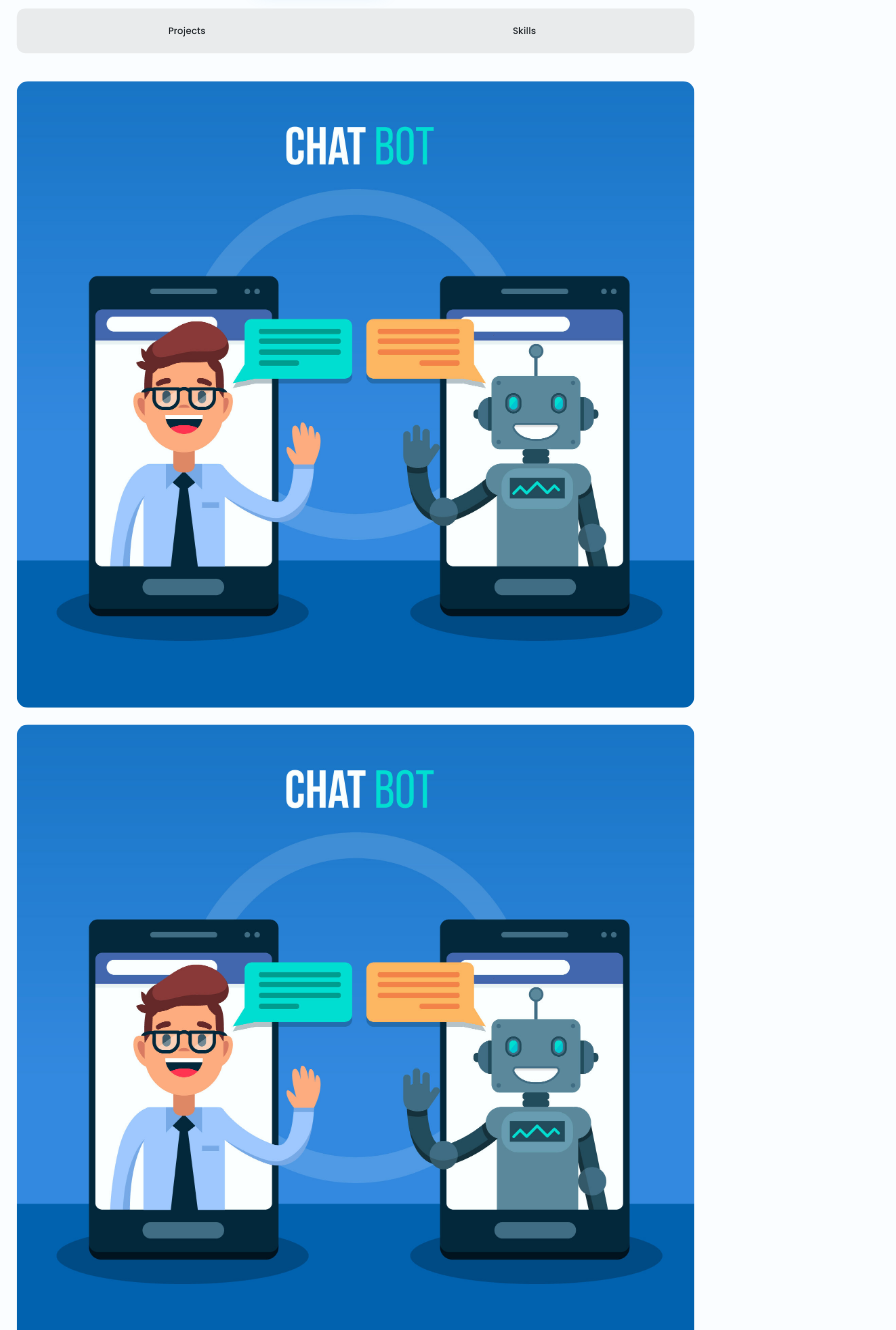
Repository: Kaii-Dev/Porfolio
Page: index.html
An editor plug-in stored every save of this project. The page is shown before and after a run of saves, followed by the edit.
The browser window is 1280 px wide. The pictures show the part of the page from y = 490 to 2390 px (the page is 4258 px tall), at 70% of full size.
A picture or video elsewhere on the page could not be fetched, so the positions and the page height are approximate. Some web libraries are served in a nearby version.

Above is the page before, as saved 2022-04-12 17:46:03.

### index.html
<!DOCTYPE html>
<html lang="en">
  <head>
    <meta charset="UTF-8" />
    <meta http-equiv="X-UA-Compatible" content="IE=edge" />
    <meta name="viewport" content="width=device-width, initial-scale=1.0" />
    <title>Portfolio</title>
    <link
      href="https://cdn.jsdelivr.net/npm/remixicon@2.2.0/fonts/remixicon.css"
      rel="stylesheet"
    />
    <link rel="stylesheet" href="./Assets/css/app.css" />
  </head>
  <body>
    <!-- HEADER PROFILE -->
    <header class="profile container">
      <div class="profile__container grid">
        <div class="profile__data">
          <div class="profile__border">
            <div class="profile__perfil">
              <img src="./Assets/img/perfil.jpeg" alt="" />
            </div>
          </div>

          <h2 class="profile__name">Khai Le</h2>
          <h3 class="profile__profession">Front-End Developer</h3>
          <ul class="profile__social">
            <a
              href="https://www.linkedin.com/in/le-khai-68b2921b0/"
              target="_blank"
              class="profile__social-link"
            >
              <i class="ri-linkedin-box-line"></i>
            </a>
            <a
              href="https://www.facebook.com/lkakaizy"
              target="_blank"
              class="profile__social-link"
            >
              <i class="ri-facebook-circle-line"></i>
            </a>
            <a
              href="https://github.com/Kaii-Dev"
              target="_blank"
              class="profile__social-link"
            >
              <i class="ri-github-line"></i>
            </a>
          </ul>
        </div>
        <div class="profile__info grid">
          <div class="profile__info group">
            <h3 class="profile__info-number">2</h3>
            <p class="profile__info-description">
              Language <br />
              certification
            </p>
          </div>
          <div class="profile__info group">
            <h3 class="profile__info-number">+10</h3>
            <p class="profile__info-description">
              Completed <br />
              projects
            </p>
          </div>
          <div class="profile__info group">
            <h3 class="profile__info-number">1</h3>
            <p class="profile__info-description">
              University's <br />
              scholarship
            </p>
          </div>
        </div>

        <div class="profile__buttons">
          <!-- insert cv -->
          <a download="" href="./Assets/pdf/" class="button">
            Download CV <i class="ri-download-line"></i>
          </a>

          <div class="profile__buttons-small">
            <!-- insert phone number -->
            <a
              href="tel: 0842454228"
              target="_blank"
              class="button button__small button__gray"
            >
              <i class="ri-phone-line"></i>
            </a>
            <a
              href="https://m.me/lkakaizy"
              target="_blank"
              class="button button__small button__gray"
            >
              <i class="ri-messenger-line"></i>
            </a>
          </div>
        </div>
      </div>
    </header>
    <!-- MAIN -->
    <main class="main">
      <section class="filters container">
        <!-- FILTERS TABS -->
        <ul class="filters__content">
          <button class="filters__button filter-tab-active" data-target="#projects">
            Projects
          </button>
          <button class="filters__button" data-target="#skills">Skills</button>
        </ul>
        <div class="filters__sections">
          <!-- PROJECTS -->
          <div
            class="projects__content grid filters__active"
            data-content
            id="projects"
          >
            <article class="projects__card">
              <img src="./Assets/img/pic1.jpeg" alt="" class="projects__img" />
              <div class="projects__modal">
                <div class="">
                  <span class="projects__subtitle">Web</span>
                  <h3 class="projects__title">Music Player</h3>
                  <a
                    href="https://kaii-dev.github.io/Music-player/"
                    class="projects__button button button__small"
                  >
                    <i class="ri-link"></i>
                  </a>
                </div>
              </div>
            </article>

            <article class="projects__card">
              <img src="./Assets/img/pic1.jpeg" alt="" class="projects__img" />
              <div class="projects__modal">
                <div class="">
                  <span class="projects__subtitle">Web</span>
                  <h3 class="projects__title">Covid ChatBot</h3>
                  <a
                    href="https://kaii-dev.github.io/Covid-ChatBot/"
                    class="projects__button button button__small"
                  >
                    <i class="ri-link"></i>
                  </a>
                </div>
              </div>
            </article>
            <article class="projects__card">
              <img src="./Assets/img/pic1.jpeg" alt="" class="projects__img" />
              <div class="projects__modal">
                <div class="">
                  <span class="projects__subtitle">Web</span>
                  <h3 class="projects__title">To do list</h3>
                  <a
                    href="https://kaii-dev.github.io/TO-DO-LIST/"
                    class="projects__button button button__small"
                  >
                    <i class="ri-link"></i>
                  </a>
                </div>
              </div>
            </article>

            <article class="projects__card">
              <img src="./Assets/img/pic1.jpeg" alt="" class="projects__img" />
              <div class="projects__modal">
                <div class="">
                  <span class="projects__subtitle">Web</span>
                  <h3 class="projects__title">Assets Management</h3>
                  <a href="" class="projects__button button button__small">
                    <i class="ri-link"></i>
                  </a>
                </div>
              </div>
            </article>
          </div>
          <!-- SKILLS -->
          <div class="skills__content grid" data-content id="skills">
            <div class="skills__area">
              <h3 class="skills__title">Frontend Developer</h3>

              <div class="skills__box">
                <div class="skills__group">
                  <div class="skills__data">
                    <i class="ri-checkbox-circle-line"></i>

                    <div>
                      <h3 class="skills__name">HTML</h3>
                      <span class="skills__level"></span>
                    </div>
                  </div>

                  <div class="skills__data">
                    <i class="ri-checkbox-circle-line"></i>

                    <div>
                      <h3 class="skills__name">CSS</h3>
                      <span class="skills__level"></span>
                    </div>
                  </div>

                  <div class="skills__data">
                    <i class="ri-checkbox-circle-line"></i>

                    <div>
                      <h3 class="skills__name">JavaScript</h3>
                      <span class="skills__level"></span>
                    </div>
                  </div>
                </div>

                <div class="skills__group">
                  <div class="skills__data">
                    <i class="ri-checkbox-circle-line"></i>

                    <div>
                      <h3 class="skills__name">React</h3>
                      <span class="skills__level"></span>
                    </div>
                  </div>

                  <div class="skills__data">
                    <i class="ri-checkbox-circle-line"></i>

                    <div>
                      <h3 class="skills__name">Bootstrap</h3>
                      <span class="skills__level"></span>
                    </div>
                  </div>

                  <div class="skills__data">
                    <i class="ri-checkbox-circle-line"></i>

                    <div>
                      <h3 class="skills__name">Git</h3>
                      <span class="skills__level"></span>
                    </div>
                  </div>
                </div>
              </div>
            </div>

            <div class="skills__area">
              <h3 class="skills__title">Backend Developer</h3>

              <div class="skills__box">
                <div class="skills__group">
                  <div class="skills__data">
                    <i class="ri-checkbox-circle-line"></i>

                    <div>
                      <h3 class="skills__name">PHP</h3>
                      <span class="skills__level"></span>
                    </div>
                  </div>

                  <div class="skills__data">
                    <i class="ri-checkbox-circle-line"></i>

                    <div>
                      <h3 class="skills__name">MySQL</h3>
                      <span class="skills__level"></span>
                    </div>
                  </div>
                </div>

                <div class="skills__group">
                  <div class="skills__data">
                    <i class="ri-checkbox-circle-line"></i>

                    <div>
                      <h3 class="skills__name">C#</h3>
                      <span class="skills__level"></span>
                    </div>
                  </div>

                  <div class="skills__data">
                    <i class="ri-checkbox-circle-line"></i>

                    <div>
                      <h3 class="skills__name">Node Js</h3>
                      <span class="skills__level"></span>
                    </div>
                  </div>
                </div>
              </div>
            </div>
          </div>
        </div>
      </section>
    </main>
    <!-- FOOTER -->
    <footer class="footer container"></footer>
    <!-- SCROLL REVEAL -->
    <script src="./Assets/js/app.js"></script>
  </body>
</html>

### Assets/css/app.css
/* GOOGLE FONT */
@import url("https://fonts.googleapis.com/css2?family=Poppins:wght@400;500;600&display=swap");
/* VAR CSS */
:root {
  --hue: 207;
  --sat: 90%;
  --lig: 61%;

  --first-color: hsl(var(--hue), var(--sat), var(--lig));
  --first-color-alt: hsl(var(--hue), var(--sat), 57%);
  --title-color: hsl(var(--hue), 12%, 15%);
  --text-color: hsl(var(--hue), 12%, 45%);
  --text-color-light: hsl(var(--hue), 8%, 75%);
  --text-color-lighten: hsl(var(--hue), 8%, 92%);
  --body-color: hsl(var(--hue), 100%, 99%);
  --container-color: #fff;
  /* font and typography */
  --body-font: "Poppins", sans-serif;
  --h2-font-size: 1.25rem;
  --h3-font-size: 1rem;
  --normal-font-size: 0.938rem;
  --small-font-size: 0.813rem;
  --smaller-font-size: 0.75rem;
}

/* responsive  */
@media screen and (min-width: 986px) {
  :root {
    --h2-font-size: 1.5rem;
    --h3-font-size: 1.25rem;
    --normal-font-size: 1rem;
    --small-font-size: 0.875rem;
    --smaller-font-size: 0.813rem;
  }
}
/*  CSS */
*,
*::before,
*::after {
  box-sizing: border-box;
}
* {
  margin: 0;
}

* {
  box-sizing: border-box;
  padding: 0;
  margin: 0;
}

body {
  font-family: var(--body-font);
  font-size: var(--normal-font-size);
  background-color: var(--body-color);
  color: var(--text-color);
  transition: 0.3s; /* For animation dark mode */
}

h1,
h2,
h3 {
  color: var(--title-color);
  font-weight: 600;
}

ul {
  list-style: none;
}

a {
  text-decoration: none;
}

img {
  max-width: 100%;
  height: auto;
}

/* REUSEBALE CSS */

.container {
  max-width: 968px;
  margin-left: 1.5rem;
  margin-right: 1.5rem;
}
.grid {
  display: grid;
  gap: 1.5rem;
}

/* PROFILE */
.profile {
  position: relative;
  padding-top: 3.5rem;
}

.profile__container {
  row-gap: 2rem;
}

.profile__data {
  display: grid;
  text-align: center;
}

.profile__perfil {
  width: 100px;
  height: 100px;
  background: linear-gradient(
    180deg,
    hsla(var(--hue), var(--sat), var(--lig), 1) 0%,
    hsla(var(--hue), var(--sat), var(--lig), 0.2) 100%
  );
  border-radius: 50%;
  overflow: hidden;
  display: flex;
  align-items: flex-end;
  justify-content: center;
}

.profile__perfil img {
  width: 75px;
}

.profile__border {
  border: 3.5px solid var(--first-color);
  justify-self: center;
  border-radius: 50%;
  display: grid;
  place-items: center;
  margin-bottom: 0.75rem;
}

.profile__name {
  font-size: var(--h2-font-size);
}
.profile__profession {
  font-size: var(--smaller-font-size);
  font-weight: 500;
  color: var(--text-color);
  margin-bottom: 1rem;
}

.profile__social {
  display: flex;
  justify-content: center;
  column-gap: 0.75rem;
  padding: 0 0 0 0px;
}

.profile__social-link {
  font-size: 1.25rem;
  color: var(--title-color);
  transition: 0.3s;
}
.profile__social-link:hover {
  color: var(--first-color);
}

.profile__info {
  grid-template-columns: repeat(3, max-content);
  justify-content: center;
  column-gap: 2.5rem;
}

.profile__info-group {
  font-size: var(--normal-font-size);
  margin-bottom: 0.25rem;
}

.profile__info-description {
  font-size: var(--smaller-font-size);
  font-weight: 500;
}
.profile__buttons,
.profile__buttons-small {
  display: flex;
  align-items: center;
  justify-content: center;
}

.profile__buttons {
  column-gap: 1rem;
}
.profile__buttons-small {
  column-gap: 0.25rem;
}
/* BUTTONS */

.button {
  display: inline-flex;
  align-items: center;
  column-gap: 0.5rem;
  background-color: var(--first-color);
  color: #fff;
  padding: 1.15rem 1.5rem;
  border-radius: 0.5rem;
  transition: 0.3s;
  box-shadow: 0 8px 24px hsla(var(--hue), var(--sat), var(--lig), 0.25);
}

.button:hover {
  background-color: var(--first-color-alt);
}

.button__small {
  padding: 0.75rem;
  box-shadow: none;
}

.button__gray {
  background-color: var(--text-color-lighten);
  color: var(--title-color);
}

.button__gray:hover {
  background-color: var(--text-color-ligh);
  color: var(--title-color);
}

/* FILTERS TABS */
.filters__content {
  margin: 2rem 0 2.5rem;
  background-color: var(--text-color-lighten);
  padding: 0.375rem;
  border-radius: 0.75rem;
  display: flex;
  justify-content: space-between;
  column-gap: 0.5rem;
}

.filters__button {
  width: 100%;
  border: none;
  outline: none;
  padding: 1rem;
  color: var(--title-color);
  font-family: var(--body-font);
  font-weight: 500;
  border-radius: 0.75rem;
  cursor: pointer;
  background-color: transparent;
  transition: 0.3s;
}

.filters__button:hover {
  background-color: var(--body-color);
}

/* PROJECTS  */
.projects__card {
  position: relative;
  border-radius: 1rem;
  overflow: hidden;
}

.projects__card img {
  width: 100%;
  height: 100%;
}

.projects__modal {
  position: absolute;
  width: 100%;
  height: 100%;
  bottom: -100%;
  left: 0;
  background: linear-gradient(
    180deg,
    hsla(var(--hue), 24%, 40%, 0.3) 0%,
    hsla(var(--hue), 24%, 4%, 1) 95%
  );
  display: grid;
  align-items: flex-end;
  padding: 1.5rem 1.25rem;
  transition: 0.3s;
}

.projects__subtitle,
.projects__title {
  color: #fff;
}

.projects__subtitle {
  font-size: var(--smaller-font-size);
}

.projects__title {
  font-size: var(--h3-font-size);
  margin-bottom: 0.75rem;
}

.projects__button {
  padding: 0.5rem;
}

.projects__card:hover .projects__modal {
  bottom: 0;
}

/* SKILLS */

.skills__content {
  row-gap: 3.5rem;
}

.skills__title {
  font-size: var(--h3-font-size);
  text-align: center;
  margin-bottom: 1.5rem;
}

.skills__box {
  display: flex;
  justify-content: center;
  column-gap: 3rem;
}

.skills__group {
  display: grid;
  align-content: flex-start;
  row-gap: 1rem;
}

.skills__data {
  display: flex;
  column-gap: 0.5rem;
}

.skills__data i {
  font-size: 1rem;
  color: var(--first-color);
}

.skills__name {
  font-size: var(--normal-font-size);
  font-weight: 500;
  line-height: 18px;
}

/* hide an show project skill */
.filters [data-content] {
  display: none;
}
.filters__active[data-content] {
  display: grid;
}

.filters

### Assets/js/app.js
/*=============== FILTERS TABS ===============*/
const tabs = document.querySelectorAll("[data-target]"),
  tabContents = document.querySelectorAll("[data-content]");

tabs.forEach((tab) => {
  tab.addEventListener("click", () => {
    const target = document.querySelector(tab.dataset.target);

    tabContents.forEach((tc) => {
      tc.classList.remove("filters__active");
    });
    target.classList.add("filters__active");

    tabs.forEach((t) => {
      t.classList.remove("filter-tab-active");
    });
    tab.classList.add("filter-tab-active");
  });
});

After the next 3 saves:
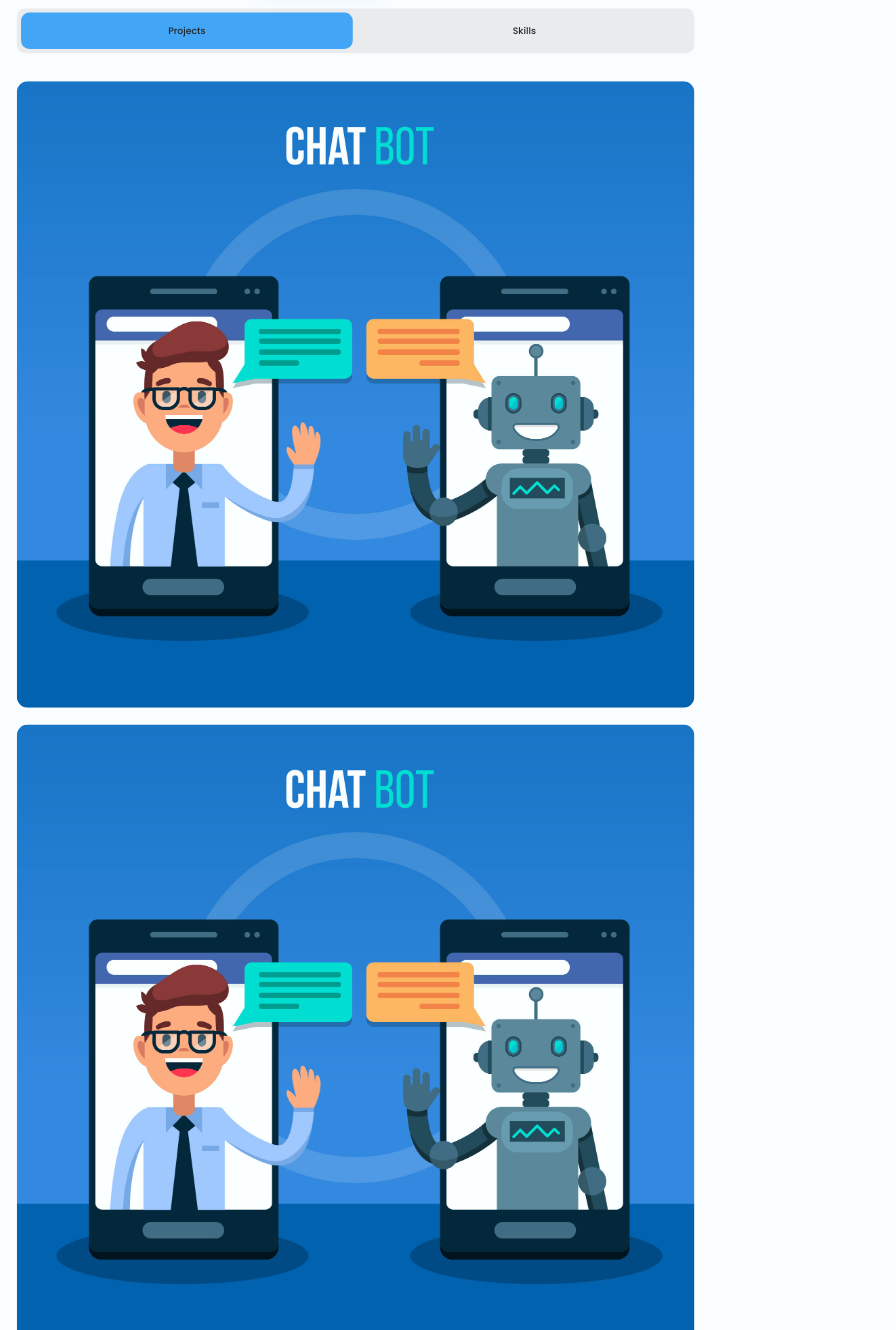
The 3 saves are shown as one change because they came seconds apart.
The last was saved 11 s later.
--- a/Assets/css/app.css
+++ b/Assets/css/app.css
@@ -347,4 +347,6 @@ img {
   display: grid;
 }
 
-.filters
+.filter-tab-active{
+   background-color: var(--first-color);
+}
